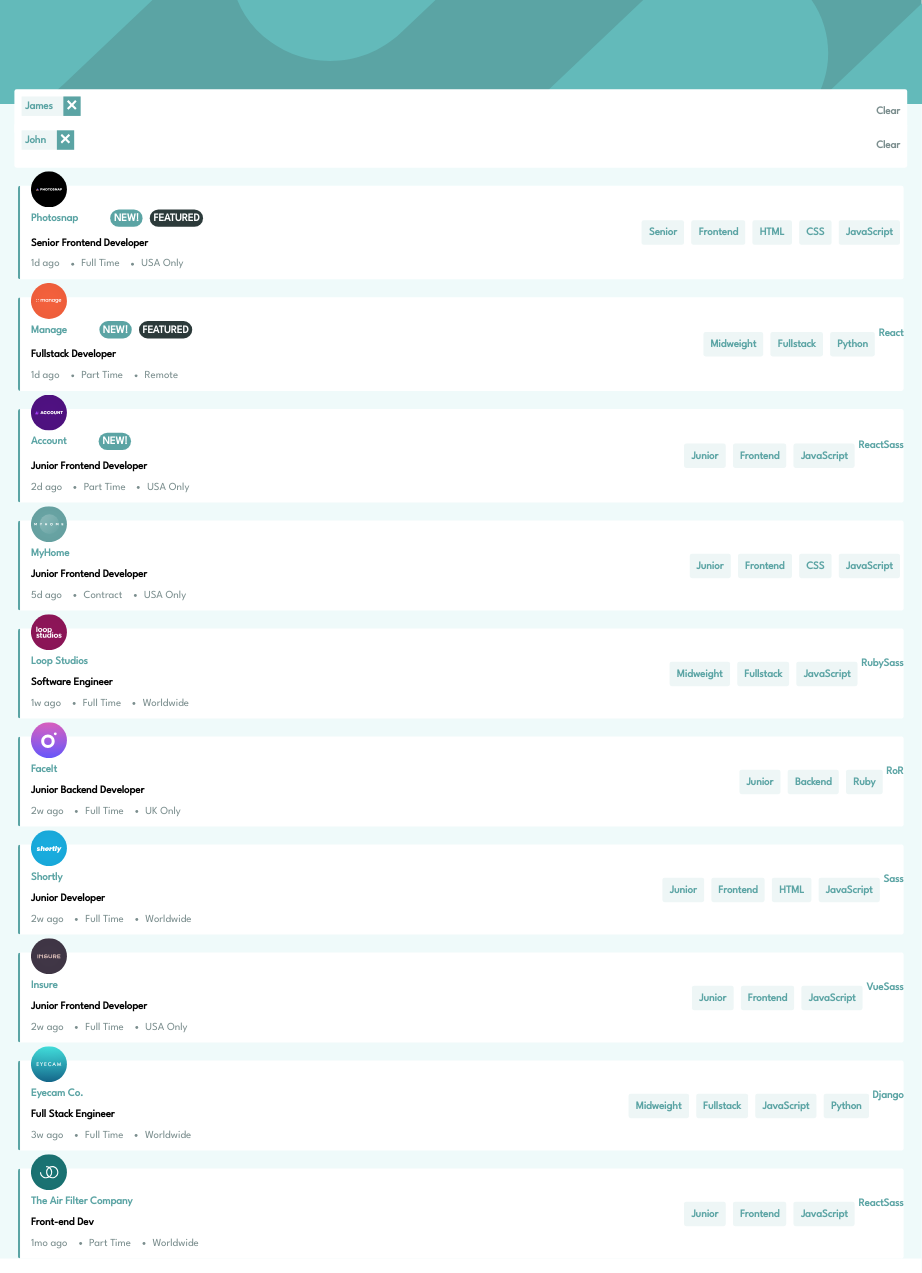
Repository: DevLaukey/job-listing
Page: /
The author's editor kept a copy of each file at every save. The page is drawn from the files as they stood at one save, then again after the next save.
The browser window is 1280 px wide. The pictures show the whole page, at 72% of full size.
Some web fonts or font styles are not loaded; a fallback is used. The project was rebuilt for these pictures with package versions that can differ from the ones it lists, and the page was loaded fresh each time.

Above is the page before, as saved 2022-06-05 23:18:20.

After the next save:
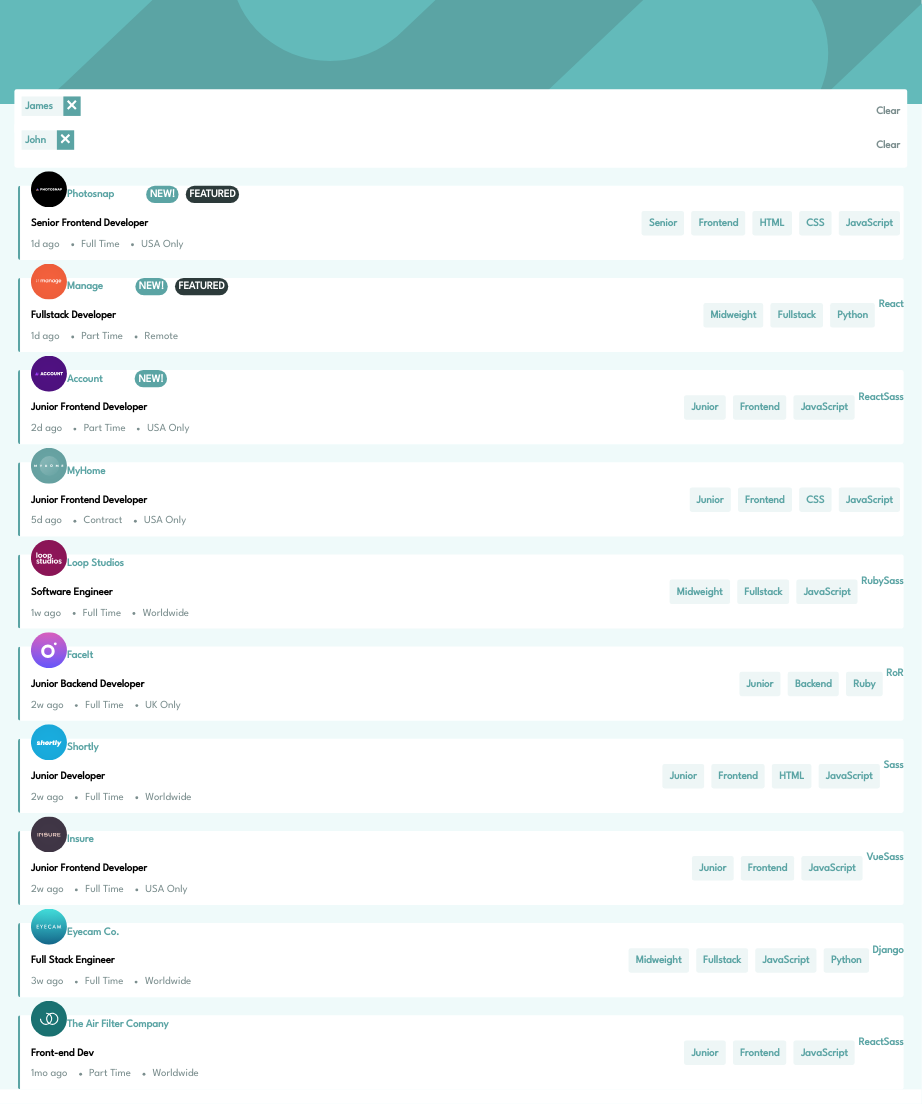
Saved 13 s later.
--- a/src/components/styles.css
+++ b/src/components/styles.css
@@ -120,5 +120,6 @@
     align-items: center;
     justify-content: space-between;
   }
-  .tablet_content{}
-}
+.desktop{
+  display: flex;
+}}
